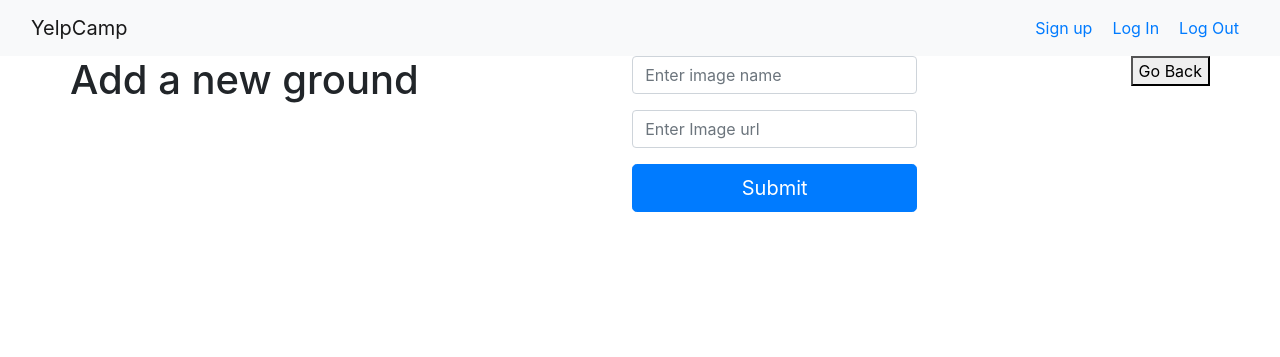
Repository: N-Verma/Webdev-Backend-
Page: http://localhost/campgrounds/new
The author's editor kept a record of every edit. The page is drawn from the files as they stood at one moment, then again after the next edit.
The browser window is 1280 px wide. The pictures show the whole page.
The page is served by the project's Node server (YelpCamp/v2/app.js).

Above is the page before.

After the next edit:
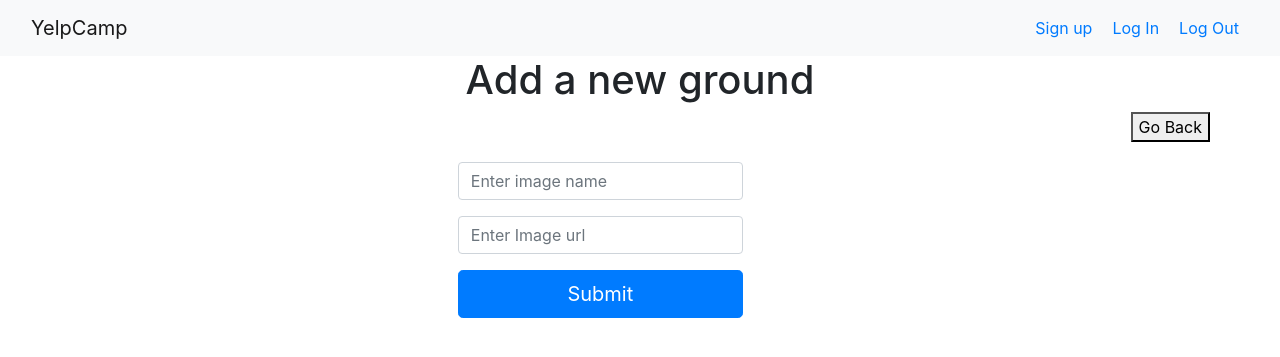
The edit:
--- a/Web dev (backend)/environment/YelpCamp/v2/views/new.ejs
+++ b/Web dev (backend)/environment/YelpCamp/v2/views/new.ejs
@@ -1,8 +1,8 @@
 <%include partials/header%>
 <div class="container">
+    <h1 style="text-align:center;">Add a new ground</h1>
     <div class="row">
-        <h1>Add a new ground</h1>
-        <div style = "width:25%; margin:0 auto;">
+        <div style = "width:25%; margin:50px auto;">
             <form action="/campgrounds" method="POST">
 
                 <div class="form-group">
